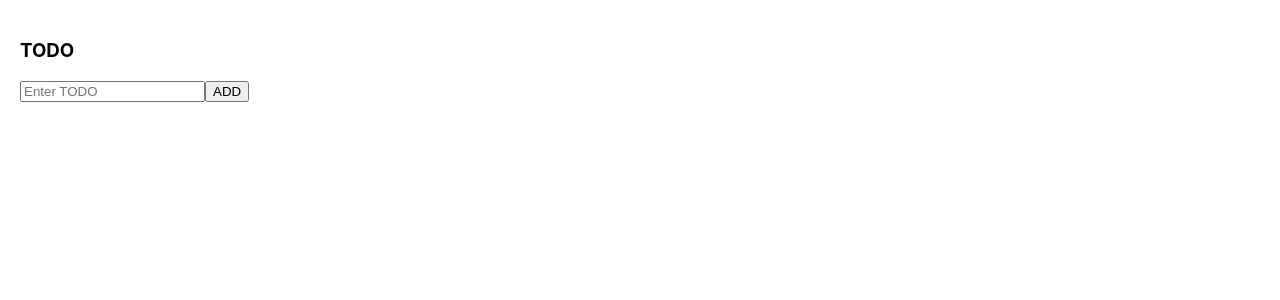
Repository: ducthanglinh/tiktok-clone
Page: /
These files come from the project's save history. The page is drawn as it stood at one moment and after the next save; the edit follows.
The browser window is 1280 px wide. The pictures show the whole page.
The project was rebuilt for these pictures with package versions that can differ from the ones it lists, and the page was loaded fresh each time.

Above is the page before, as saved 2022-09-30 14:27:00.

After the next save:
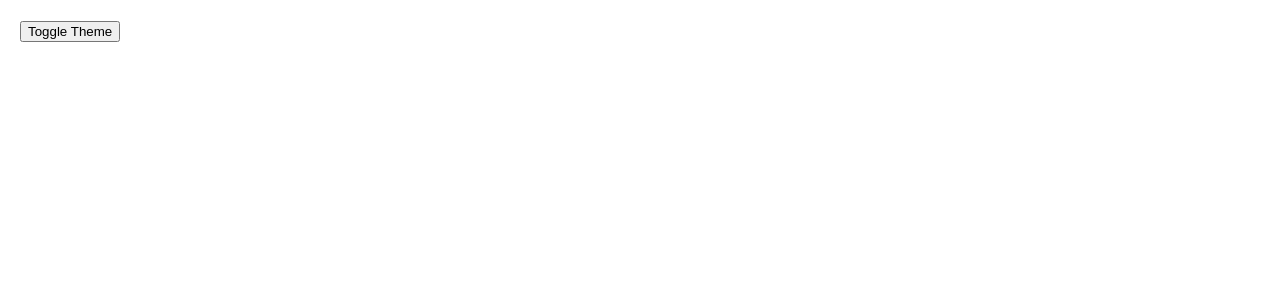
Saved 6 h 27 min later.
--- a/src/App.js
+++ b/src/App.js
@@ -1,97 +1,16 @@
-import { useReducer, useRef } from "react";
+import { useState } from "react";
+import Content from "./Content";
 
-const initState = {
-  job: "",
-  jobs: [],
-};
+function App() {
+  const [theme, setTheme] = useState("dark");
 
-const SET_JOB = "set_job";
-const ADD_JOB = "add_job";
-const DELETE_JOB = "delete_job";
-
-const setJob = (payLoad) => {
-  return {
-    type: SET_JOB,
-    payLoad,
-  };
-};
-const addJob = (payLoad) => {
-  return {
-    type: ADD_JOB,
-    payLoad,
-  };
-};
-const deleteJob = (payLoad) => {
-  return {
-    type: DELETE_JOB,
-    payLoad,
-  };
-};
-
-const reducer = (state, action) => {
-  let newState;
-  switch (action.type) {
-    case SET_JOB:
-      newState = {
-        ...state,
-        job: action.payLoad,
-      };
-      break;
-    case ADD_JOB:
-      newState = {
-        ...state,
-        jobs: [...state.jobs, action.payLoad],
-      };
-      break;
-    case DELETE_JOB:
-      const newJobs = [...state.jobs];
-      newJobs.splice(action.payLoad, 1);
-      newState = {
-        ...state,
-        jobs: newJobs,
-      };
-      break;
-    default:
-      throw new Error("Invalid Action");
-  }
-  console.log(newState);
-  return newState;
-};
-function App() {
-  const [state, dispatch] = useReducer(reducer, initState);
-  const { job, jobs } = state;
-  const inputRef = useRef();
-  const handleSubmit = () => {
-    dispatch(addJob(job));
-    dispatch(setJob(""));
-    inputRef.current.focus();
+  const handleTheme = () => {
+    setTheme(theme === "dark" ? "light" : "dark");
   };
   return (
     <div style={{ padding: 20 }}>
-      <h3>TODO</h3>
-      <input
-        ref={inputRef}
-        value={job}
-        placeholder="Enter TODO"
-        onChange={(e) => {
-          dispatch(setJob(e.target.value));
-        }}
-      ></input>
-      <button onClick={handleSubmit}>ADD</button>
-      <ul>
-        {jobs.map((job, index) => (
-          <li key={index}>
-            {job}
-            <span
-              onClick={() => {
-                dispatch(deleteJob(index));
-              }}
-            >
-              &times;
-            </span>
-          </li>
-        ))}
-      </ul>
+      <button>Toggle Theme</button>
+      <Content />
     </div>
   );
 }
